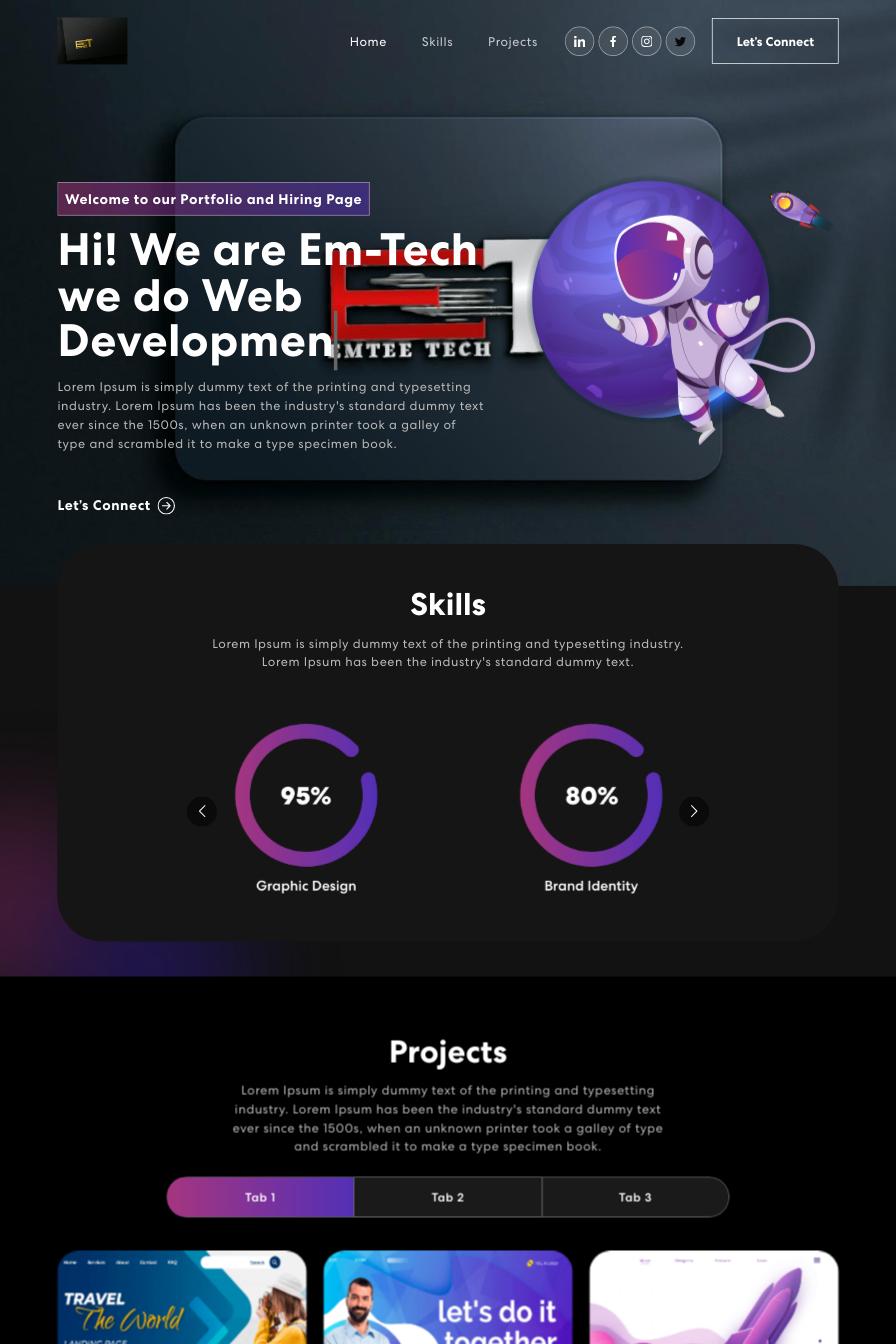
Repository: EmmanuelKeifala/emtee
Page: /
An editor plug-in stored every save of this project. The page is shown before and after the next save, followed by the edit.
The browser window is 1280 px wide. The pictures show the part of the page from y = 0 to 1920 px (the page is 3404 px tall), at 70% of full size.
The project was rebuilt for these pictures with package versions that can differ from the ones it lists, and the page was loaded fresh each time. Some packages were replaced by stand-ins written for this rebuild.

Above is the page before, as saved 2022-09-29 21:15:00.

After the next save:
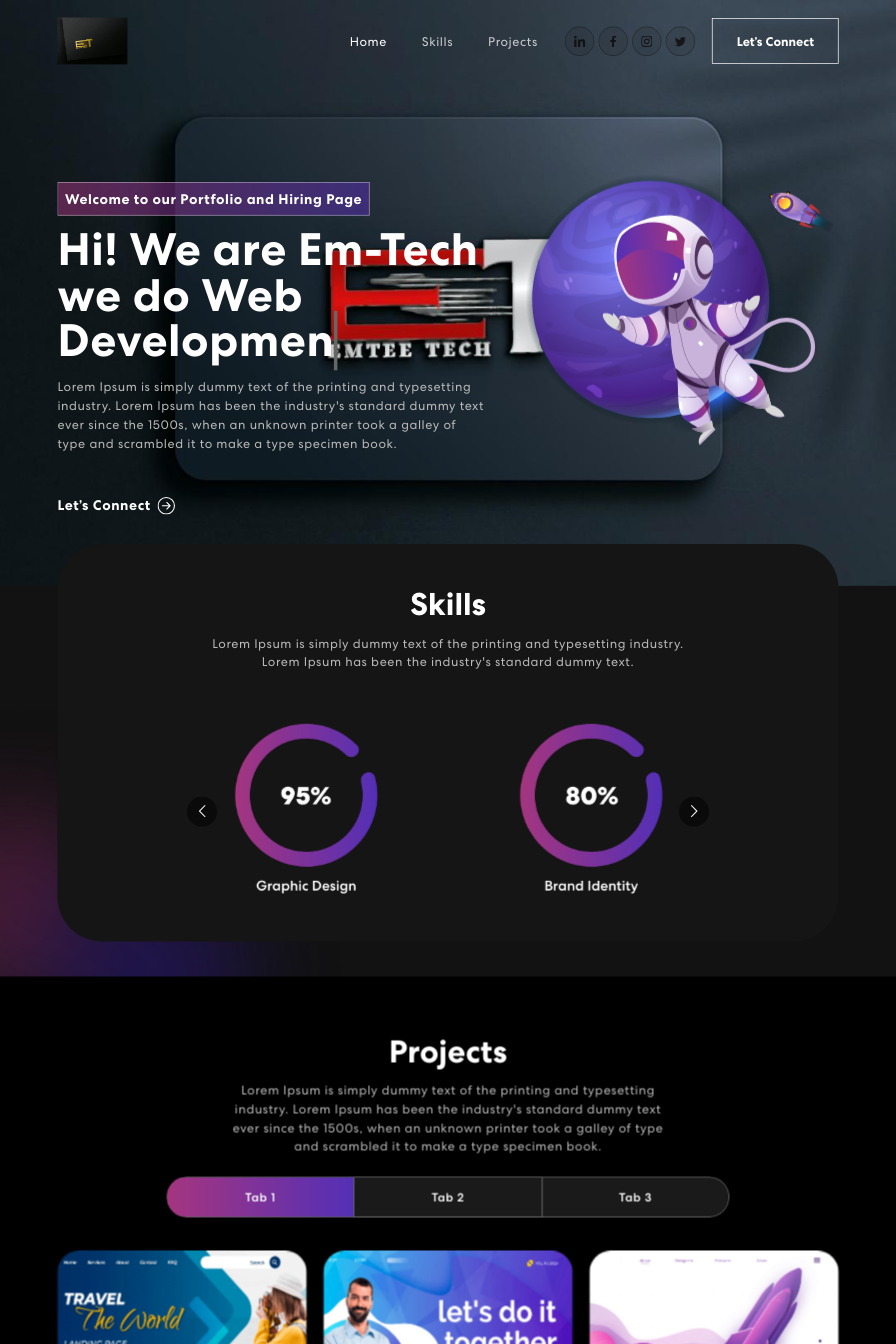
Saved 23 s later.
--- a/src/App.css
+++ b/src/App.css
@@ -182,7 +182,8 @@
   transition: 0.3s ease-in-out;
 }
 
-.social-icon a:hover img {
+.social-icon,
+.twit a:hover img {
   filter: brightness(0) saturate(100%) invert(0%) sepia(7%) saturate(98%) hue-rotate(346deg) brightness(95%) contrast(86%);
 }
 

After the save that followed:
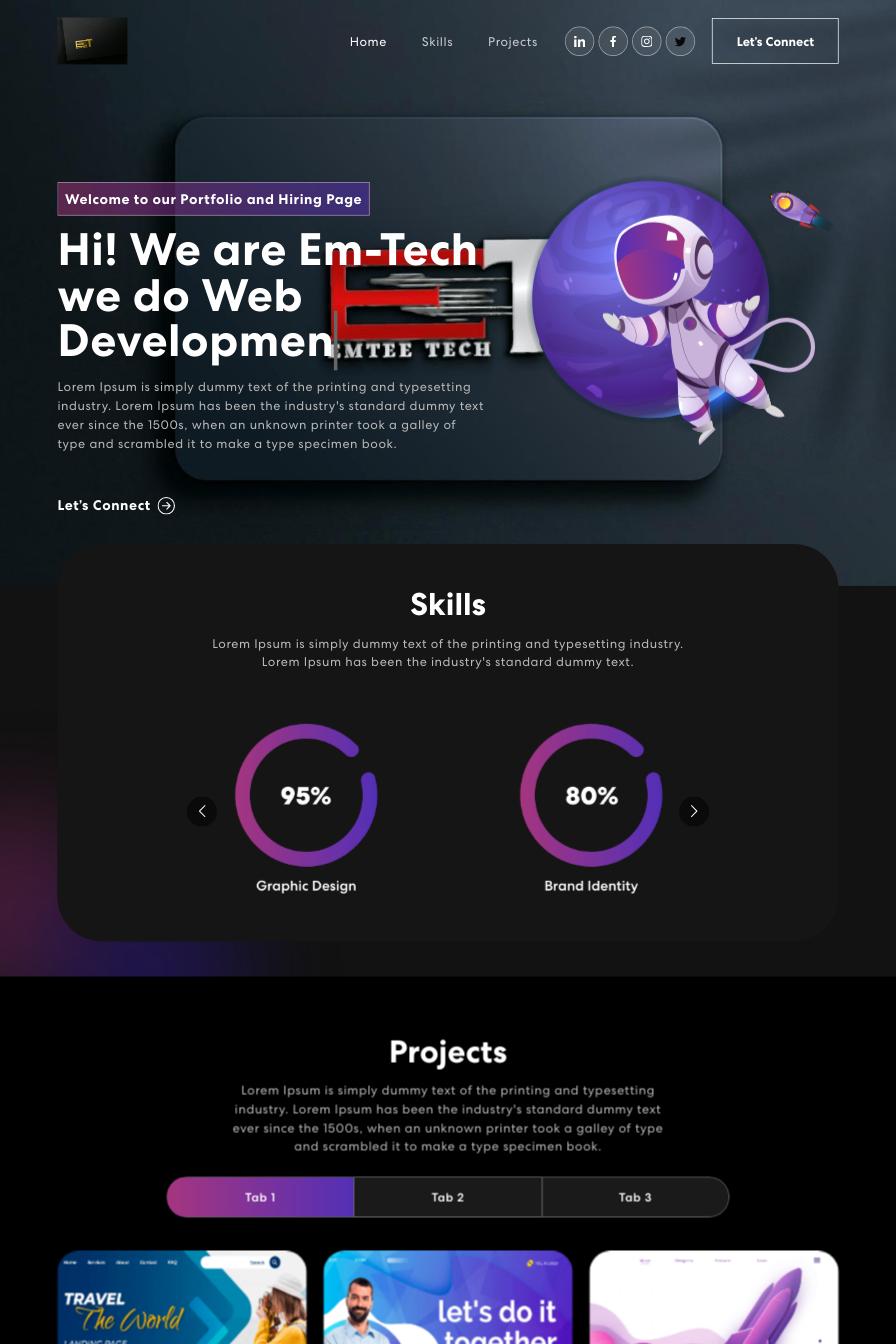
Saved 8 s later.
--- a/src/App.css
+++ b/src/App.css
@@ -182,8 +182,7 @@
   transition: 0.3s ease-in-out;
 }
 
-.social-icon,
-.twit a:hover img {
+.social-icon .twit a:hover img {
   filter: brightness(0) saturate(100%) invert(0%) sepia(7%) saturate(98%) hue-rotate(346deg) brightness(95%) contrast(86%);
 }
 
